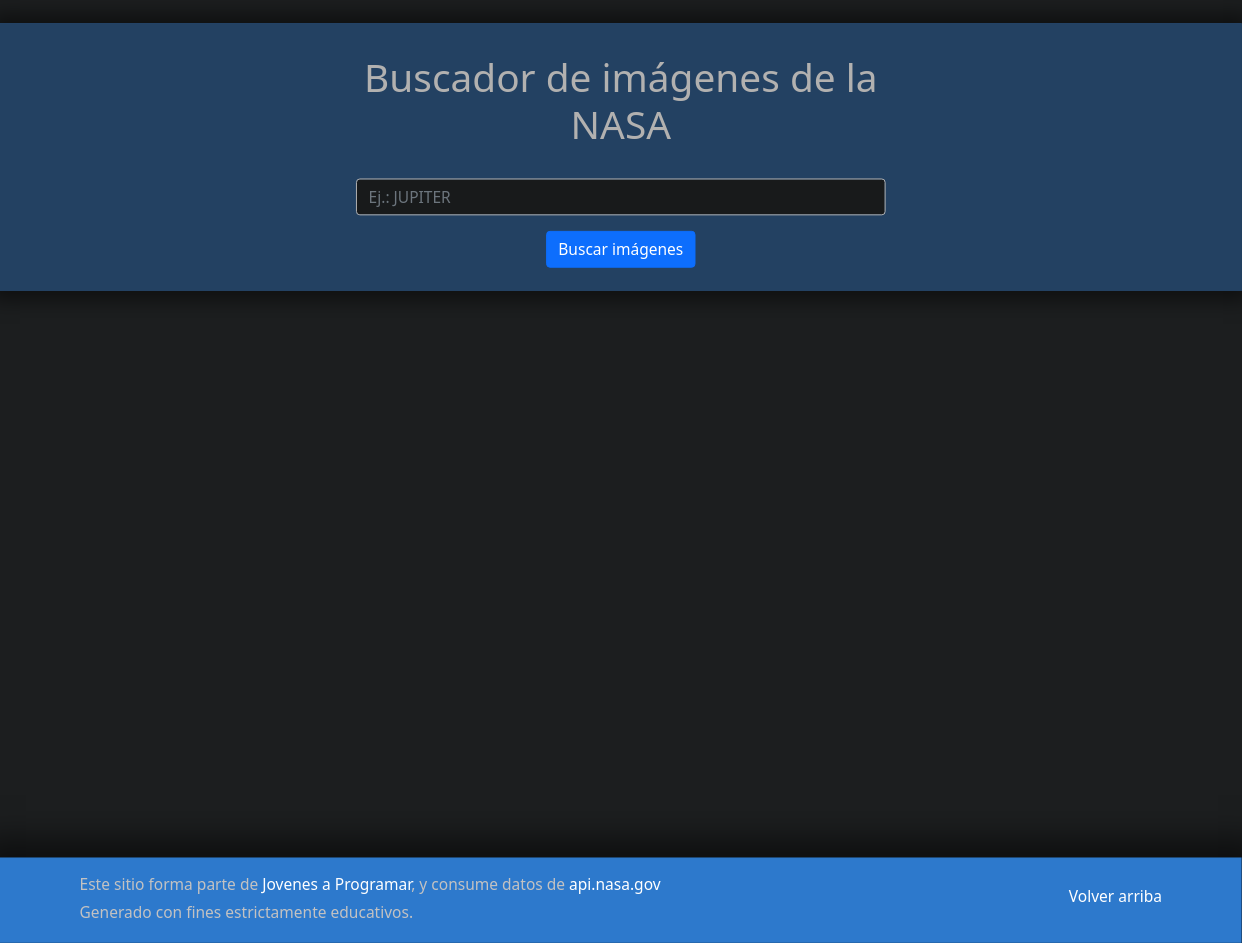
Repository: romancegirl/galaxies
Page: index.html
An editor plug-in stored every save of this project. The page is shown before and after the next save, followed by the edit.
The browser window is 1280 px wide. The pictures show the whole page, at 97% of full size.

Above is the page before, as saved 2024-11-30 04:51:00.

### index.html
<!doctype html>
<html lang="es">

<head>
  <meta charset="utf-8">
  <meta name="viewport" content="width=device-width, initial-scale=1">
  <title>Buscador de imágenes de la NASA</title>

  <link href="css/bootstrap.min.css" rel="stylesheet">
  <link rel="stylesheet" href="css/style.css">
</head>

<body>

  <header>
    <div id="intro">
      <div class="text-center container">
        <div class="row py-lg-3">
          <div class="col-lg-6 col-md-8 mx-auto" id="beggining">
            <h1 class="fw-light">Buscador de imágenes de la NASA</h1>
            <input type="search" class="form-control" name="buscar" id="inputBuscar" placeholder="Ej.: JUPITER">
            <button class="btn btn-primary my-2" id="btnBuscar">Buscar imágenes</button>
          </div>
        </div>
      </div>
    </div>
  </header>

  <main>
    <div class="container">
      <div id="contenedor">
      </div>
    </div>
  </main>


  <footer class="text-muted py-3">
    <div class="container">
      <p class="float-end mb-1">
        <a href="#">Volver arriba</a>
      </p>
      <p class="mb-1">Este sitio forma parte de <a href="https://jovenesaprogramar.edu.uy/" target="_blank">
          Jovenes a Programar</a>, y consume datos de <a href="https://api.nasa.gov/" target="_blank">
          api.nasa.gov</a></p>
      <p class="mb-1">Generado con fines estrictamente educativos.</p>
    </div>
  </footer>

  <script src="https://cdn.jsdelivr.net/npm/bootstrap@5.3.1/dist/js/bootstrap.bundle.min.js"></script>
  <script src="js/space.js"></script>

</body>

</html>

### css/style.css
header {
    background-color: #2D79CC;
    bottom: 0;
    width: 100%;
    margin-top: 1.5rem;
}

body {
    background-color: #1C1E1F;
    color: #B2B1B0;
    display: flex;
    flex-direction: column;
    min-height: 100vh;
}

main {
    min-height: calc(100vh - 160px);
    flex-grow: 1;
}

#intro {
    background-color: #1c1e1f9b;
    padding-top: 1rem;
    position: relative;
    box-shadow: 0 0 20px 10px rgba(0, 0, 0, 0.5);
}

h1 {
    margin-bottom: 2rem;
}

#inputBuscar {
    margin-bottom: 0.5rem;
}

input[type="search"] {
    background-color: #181A1B;
    border: 1px solid #B2B1B0;
    color: #B2B1B0;
}

input[type="search"]:focus {
    box-shadow: 0 0 5px #2D79CC;
    background-color: #181A1B;
    border: 1px solid #2D79CC;
    color: #B2B1B0;
}

.form-control {
    margin-bottom: 0.5rem;
}


#contenedor {
    display: flex;
    flex-wrap: wrap;
    justify-content: center;
    gap: 1rem;
    align-items: center;
}

.card {
    width: 22rem;
    height: 500px;
    display: flex;
    flex-direction: column;
    overflow: hidden;
    margin-top: 2rem;
    background-color: #181A1B;
    color: #c3c2c2;
    box-shadow: 0 0 4px 4px #2d7acc66;
}

.card-img-top {
    width: 100%;
    height: 250px;
    object-fit: cover;
}

.card-body {
    height: 250px;
    overflow-y: auto;
    padding: 1rem;
}

.card-text {
    display: -webkit-box;
    -webkit-line-clamp: 3;
    -webkit-box-orient: vertical;
    overflow: hidden;
    transition: all 0.3s ease-in-out;
}

.card-text.more {
    -webkit-line-clamp: 3;
    overflow: hidden;
}

.card-text.full {
    -webkit-line-clamp: unset;
    overflow: visible;
}

#more {
    cursor: pointer;
    color: #007bff;
    text-decoration: none;
    display: block;
    margin-top: 10px;
}



footer {
    background-color: #2D79CC;
    bottom: 0;
    width: 100%;
    margin-top: 1.5rem;
    box-shadow: 0 0 30px 20px rgba(0, 0, 0, 0.5);
}

footer p {
    color: #c3c2c2
}

footer a {
    color: #ffffff;
    text-decoration: none;
}

footer a:hover {
    color: #9b9a9b;
    transform: scale(1.05);
    transition: color 0.3s, text-shadow 0.3s;
}

footer .float-end {
    transform: translateY(50%);
}




@media (max-width: 1200px) {
    .col-lg-6 {
        width: 50%;
    }
}

@media (max-width: 768px) {
    .col-md-4 {
        width: 100%;
    }
}

### js/space.js
// Función para alternar la visibilidad del texto
function toggleDescription(button) {
    const cardBody = button.closest('.card-body');
    const descriptionText = cardBody.querySelector('.card-text');

    // Alternar clases entre "more" y "full" en el texto de la descripción
    if (descriptionText.classList.contains('more')) {
        descriptionText.classList.remove('more');
        descriptionText.classList.add('full');
        button.textContent = 'Ver menos'; // Cambiar el texto del botón
    } else {
        descriptionText.classList.remove('full');
        descriptionText.classList.add('more');
        button.textContent = 'Ver más'; // Cambiar el texto del botón
    }
}

// Asegúrate de que el evento de clic esté correctamente asignado en el HTML generado
const inputBuscar = document.getElementById('inputBuscar');
const btnBuscar = document.getElementById('btnBuscar');
const contenedor = document.getElementById('contenedor');

const searchNASAImages = async () => {
    const query = inputBuscar.value.trim();

    if (!query) {
        alert('Por favor, ingresa un término de búsqueda.');
        return;
    }

    const nasaAPI = `https://images-api.nasa.gov/search?q=${query}`;

    try {
        const response = await fetch(nasaAPI);
        const data = await response.json();

        const items = data.collection.items;
        if (!items || items.length === 0) {
            contenedor.innerHTML = `
            <h3><strong>No hemos encontrado información relacionada a "${query}".</strong></h3>`;
            return;
        }

        contenedor.innerHTML = '';

        const row = document.createElement('div');
        row.className = 'row';

        items.forEach((item) => {
            const { title, description, date_created } = item.data[0];
            const imageUrl = item.links?.[0]?.href || 'https://via.placeholder.com/150';

            // Crear la tarjeta
            const card = document.createElement('div');
            card.className = 'col-12 col-md-4 mb-6';

            // Contenido de la tarjeta
            card.innerHTML = `
                <div class="card">
                    <img src="${imageUrl}" class="card-img-top" alt="${title}">
                    <div class="card-body">
                        <h5 class="card-title">${title}</h5>
                        <p class="card-text more">${description || 'Descripción no disponible.'}</p>
                        <!-- Aquí controlamos la visibilidad del botón -->
                        ${description && description.length > 200 ? '<p class="card-text" id="more" onclick="toggleDescription(this)">Ver más</p>' : ''}
                        <p class="card-text"><small class="text-muted">Fecha: ${new Date(date_created).toLocaleDateString()}</small></p>
                    </div>
                </div>
            `;

            const descriptionText = card.querySelector('.card-text');
            const moreButton = card.querySelector('#more');
            if (!description || description.length <= 200) {
                if (moreButton) {
                    moreButton.style.display = 'none';
                }
                descriptionText.classList.add('full');
            }

            row.appendChild(card);
        });

        contenedor.appendChild(row);
    } catch (error) {
        console.error('Error al obtener datos:', error);
        contenedor.innerHTML = `<p class="text-center text-danger">Ocurrió un error al obtener los datos.</p>`;
    }
};

btnBuscar.addEventListener('click', searchNASAImages);
inputBuscar.addEventListener('keydown', (event) => {
    if (event.key === 'Enter') {
        event.preventDefault();
        searchNASAImages();
    }
});

Loaded but not shown: css/bootstrap.min.css (library)

After the next save:
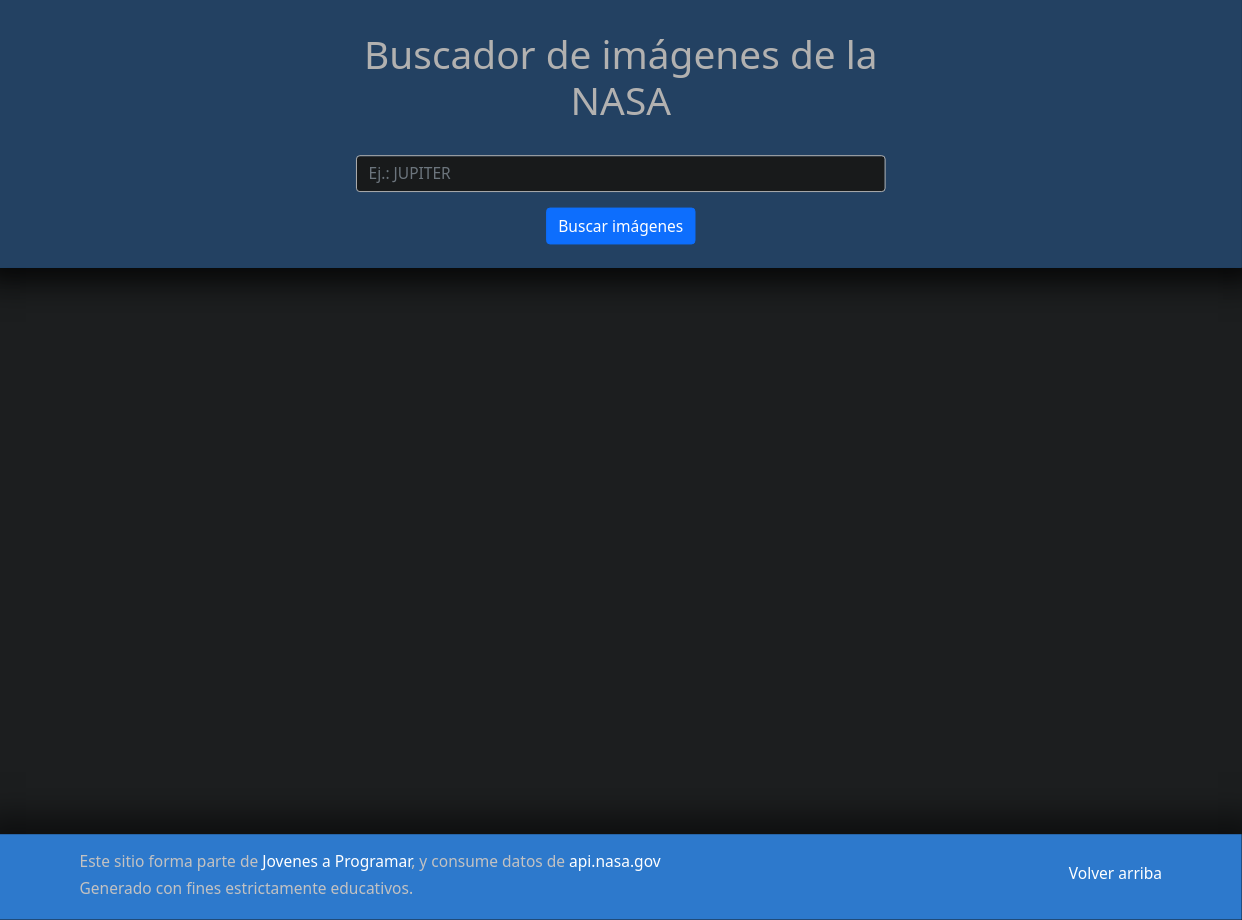
Saved 6 s later.
--- a/css/style.css
+++ b/css/style.css
@@ -2,7 +2,7 @@ header {
     background-color: #2D79CC;
     bottom: 0;
     width: 100%;
-    margin-top: 1.5rem;
+    box-shadow: 0 0 30px 20px rgba(0, 0, 0, 0.5);
 }
 
 body {
